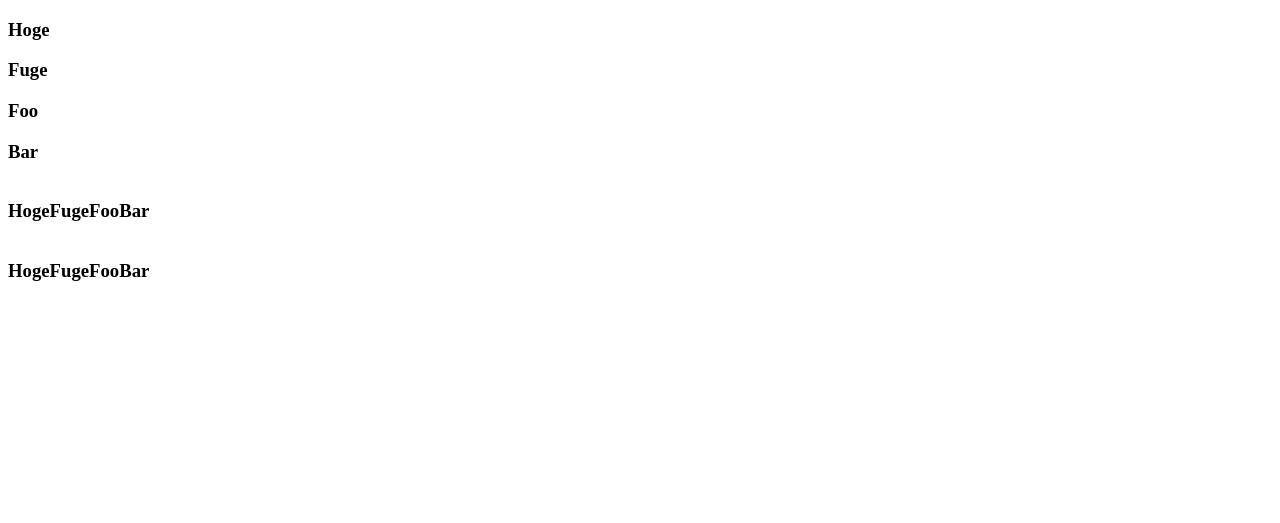
Repository: yoshi1924/samurai_HTML-CSS
Page: test.html
The author's editor kept a record of every edit. The page is drawn from the files as they stood at one moment, then again after the next edit.
The browser window is 1280 px wide. The pictures show the whole page.

Above is the page before.

After the next edit:
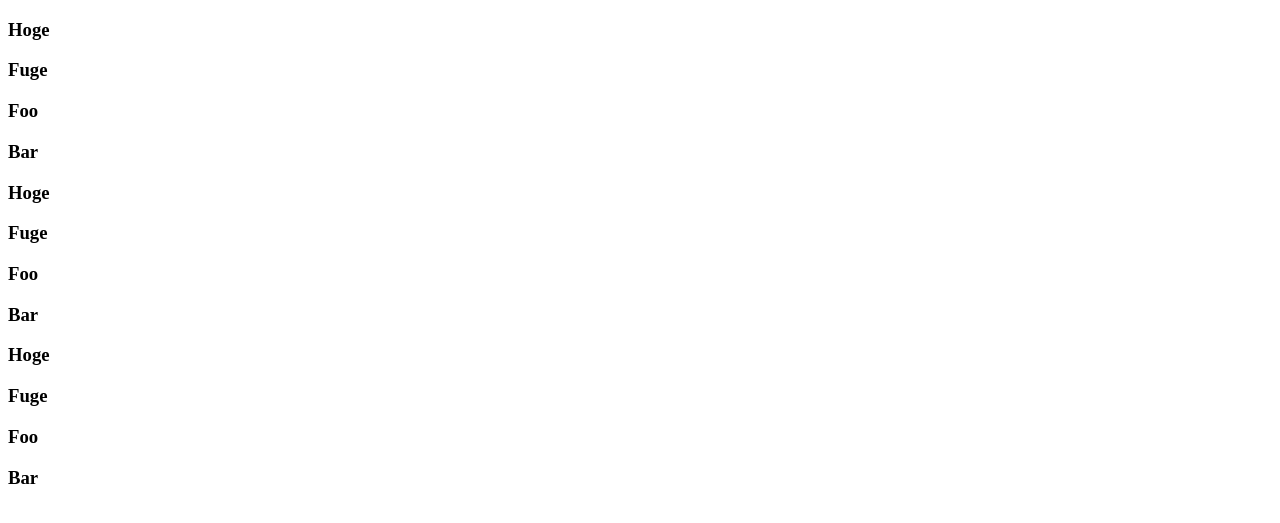
The edit:
--- a/test.html
+++ b/test.html
@@ -5,16 +5,6 @@
     #flex-flow {
         display: flex;
         flex-flow: row-reverse wrap;
-    }
-
-    #wrap {
-        display: flex;
-        flex-wrap: wrap;
-    }
-
-    #wrap-reverse {
-        display: flex;
-        flex-wrap: wrap-reverse;
     }
     </style>
 </head>
